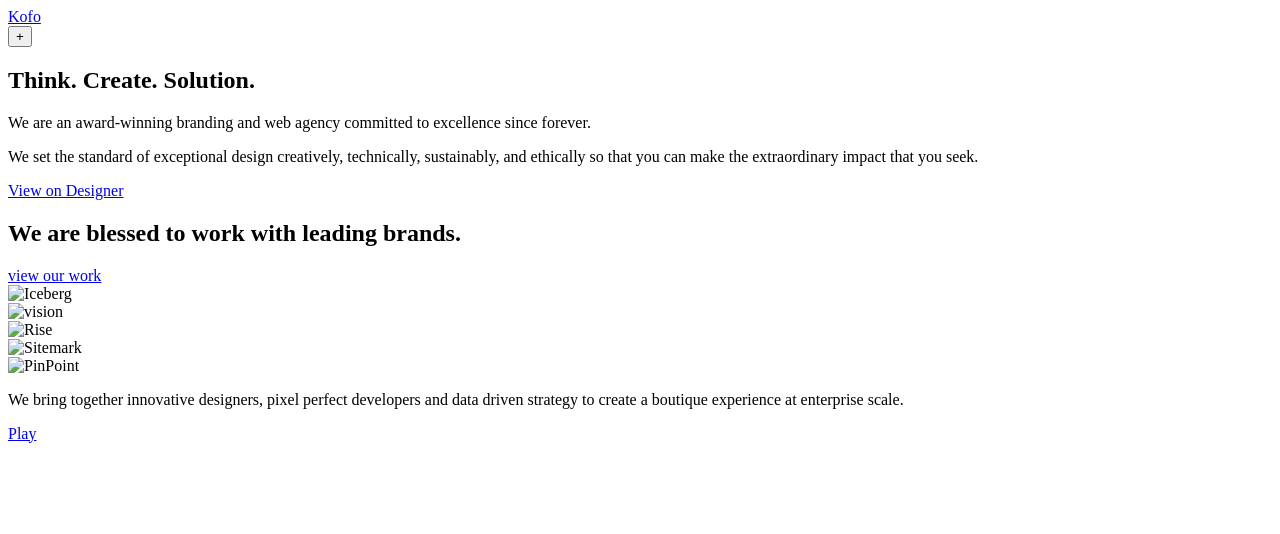
Repository: debthebuilder/kofo
Page: index.html
An editor plug-in stored every save of this project. The page is shown before and after a run of saves, followed by the edit.
The browser window is 1280 px wide. The pictures show the whole page.

Above is the page before, as saved 2022-10-13 11:38:47.

### index.html
<!DOCTYPE html>
<html lang="en">
<head>
    <meta charset="UTF-8">
    <meta http-equiv="X-UA-Compatible" content="IE=edge">
    <meta name="viewport" content="width=device-width, initial-scale=1.0">
    <title>Kofo - Webflow Portfolio template</title>
</head>
<body>
    <!--Fixed Top Navigation Bar-->
    <nav class="fixed-navbar">
        <a href="index.html" class="logo">Kofo</a>
        <div>
            <button>+</button>
        </div>
    </nav>
    <!--Hero Section-->
    <section class="hero">
        <div class="row">
            <div class="col">
                <h1>Think. <span>Create.</span> Solution.</h1>
            </div>
            <div class="col">
                <div>
                    <p>We are an award-winning branding and web agency committed to excellence since forever.</p>
                </div>
                <div>
                    <p>We set the standard of exceptional design creatively, technically, sustainably, and ethically so that you can make the extraordinary impact that you seek.</p>
                    <div>
                        <a href="#">View on Designer</a>
                        <span>
                            <img src="#" alt="" />
                        </span>
                    </div>
                </div>
            </div>
        </div>
    </section>
    <!--Partner Brands-->
    <section>
        <div>
            <h2>We are blessed to work with leading brands.</h2>
            <a href="#">view our work</a>
        </div>
        <div>
            <div class="partner-logo">
                <img src="#" alt="Iceberg" />
            </div>
            <div class="partner-logo">
                <img src="#" alt="vision" />
            </div>
            <div class="partner-logo">
                <img src="#" alt="Rise" />
            </div>
            <div class="partner-logo">
                <img src="#" alt="Sitemark" />
            </div>
            <div class="partner-logo">
                <img src="#" alt="PinPoint" />
            </div>
        </div>
    </section>
    <!--What we do-->
    <section class="about">
        <div class="row">
            <div class="col">
                <p>We bring together innovative designers, pixel perfect developers and data driven strategy to create a boutique experience at enterprise scale.</p>
                <div>
                    <a href="#">Play</a>
                    <div>
                        <img src="" alt="" />
                    </div>
                </div>
            </div>
            <div class="col">
                <div>
                    <img src="" alt="" />
                </div>
            </div>
        </div>
    </section>
    <!--Portfolio-->
    <section class="portfolio">
        <div class="grid">
            <div class="portfolio-item">
                <div class="">
                    <img src="" alt=""
                </div>
            </div>
        </div>
    </section>
    <!--Services-->
    <!--Testimonial-->
    <!--Fun Facts-->
    <!--Latest Blog Posts-->
    <!--Newsletter-->
    <!--Footer-->
</body>
</html>

After the next 5 saves:
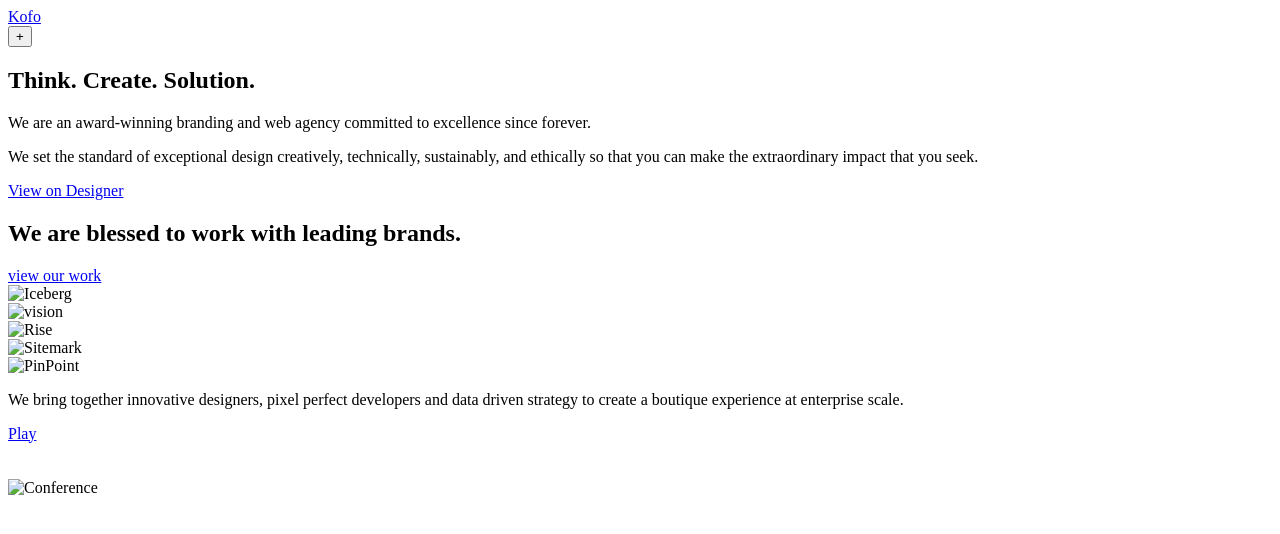
The 5 saves are shown as one change because they came seconds apart.
The last was saved 13 s later.
--- a/index.html
+++ b/index.html
@@ -84,8 +84,9 @@
         <div class="grid">
             <div class="portfolio-item">
                 <div class="">
-                    <img src="" alt=""
+                    <img src="" alt="Conference" />
                 </div>
+                <div></div>
             </div>
         </div>
     </section>
